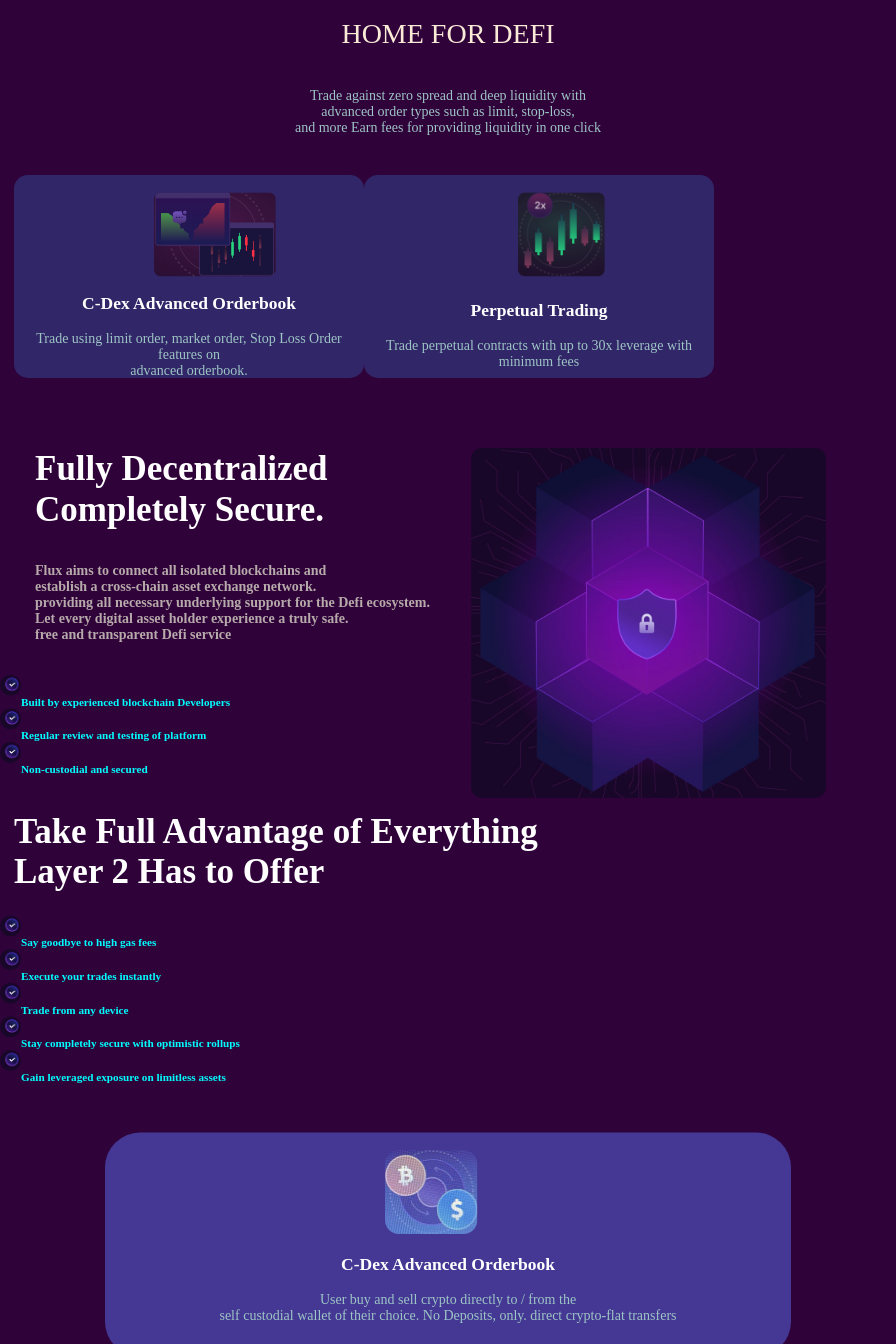
Repository: Tobby004/Flux-figma
Page: index.html
An editor plug-in stored every save of this project. The page is shown before and after the next save, followed by the edit.
The browser window is 1280 px wide. The pictures show the part of the page from y = 687 to 2607 px (the page is 2894 px tall before and 2804 px after), at 70% of full size.

Above is the page before, as saved 2023-04-26 01:52:17.

### index.html
<!DOCTYPE html>
<html lang="en">
<head>
    <meta charset="UTF-8">
    <meta http-equiv="X-UA-Compatible" content="IE=edge">
    <meta name="viewport" content="width=device-width, initial-scale=1.0">
    <title>Flux Template</title>
    <link rel="stylesheet" href="style.css">
</head>
<body>
    <header>
        <b>FLU<a>X</a></b>
    </header>
   <nav>
    <ul>
        <li><a href="#">Home</a></li>
        <li><a href="#">Dashboard</a></li>
        <li><a href="#">Referrals</a></li>
        <li><a href="#">About Us</a></li>
        <button>Connect Wallet</button>
    </ul>
   </nav>
    <br><br>
    <h4>UNIFIED PRODUCT, SIMPLIFIED TRADING</h4>
    <h2> A Fully Decentralized Perpertual <br>Exchange </h2>
    <p>An Extended Decentralized Exchange With First Ever <br>C-Dex Protocol</p>
    <div class="button">
        <input type="button" value="Start Trading">
        <input type="button" value="Add Liquidity">
    </div>
<br>
<br><br><br>
<div class="section1">
    <h4>HOME FOR DEFI</h4>
    <p>Trade against zero spread and deep liquidity with<br> advanced order types such as limit, stop-loss,<br> and more Earn fees for providing liquidity in one click</p>
</div>
<br><br>
<div class="box">
    <div class="box1">
       <img src="img1.jpg">
  <h3>C-Dex Advanced Orderbook</h3>
  <p>Trade using limit order, market order, Stop Loss Order features on <br>advanced orderbook.</p>
    </div>
    <div class="box2">
        <img src="img2.jpg">
        <h3>Perpetual Trading</h3>
        <p>Trade perpetual contracts with up to 30x leverage with minimum fees</p>
    </div>
</div>
<main>
    <img src="IMG3.jpg">
    <h1>Fully Decentralized <br>Completely Secure.</h1>
    <h6>Flux aims to connect all isolated blockchains and <br>establish a cross-chain asset exchange network.<br>providing all necessary underlying support for the Defi ecosystem.<br> Let every digital asset holder experience a truly safe.<br>free and transparent Defi service</h6>
</main>
    <div class="valid">
       <img src="img4.jpg"><b>Built by experienced blockchain Developers</b>
       <img src="img4.jpg"><b>Regular review and testing of platform</b>
       <img src="img4.jpg"><b>Non-custodial and secured</b>
    </div>
    <h1>Take Full Advantage of Everything <br>Layer 2 Has to Offer</h1>
    <div class="valid">
        <img src="img4.jpg"><b>Say goodbye to high gas fees</b>
        <img src="img4.jpg"><b>Execute your trades instantly</b>
        <img src="img4.jpg"><b>Trade from any device</b>
        <img src="img4.jpg"><b>Stay completely secure with optimistic rollups</b>
        <img src="img4.jpg"><b>Gain leveraged exposure on limitless assets</b>
    </div>
   <div class="boxing">
    <div class="box3">
        <img src="img5.jpg">
        <h3>C-Dex Advanced Orderbook</h3>
        <p>User buy and sell crypto directly to / from the <br>self custodial wallet of their choice. No Deposits, only. direct crypto-flat transfers</p>
    </div>
   </div>
   <footer>
    <h1>FLU<b>X</b></h1>
    <navmenu>
        <ul>
        <li><a href="#">Getting started</a></li>
        <li><a href="#">Support</a></li>
        <li><a href="#">FAQ</a></li>
        <li><a href="#">Terms Of Service</a></li>
        </ul>
    </navmenu>
    <icon>
    <ion-icon name="logo-twitter"></ion-icon>
    <ion-icon name="logo-facebook"></ion-icon>
    <ion-icon name="logo-instagram"></ion-icon>
    </icon>
    <p>Copyright 2023 Flux.All Rights Reserved.</p>
   </footer>
</body>
<script type="module" src="https://unpkg.com/ionicons@7.1.0/dist/ionicons/ionicons.esm.js"></script>
</html>

### style.css
*{
    box-sizing: border-box;
}
body {
    margin: 0;
    padding: 0;
    background-color: #30023a;
}
nav {
    background-color: #5c0c6e;
    height: 60px;
}
nav ul {
    margin: auto;
    text-align: end;
    padding: 10px;
}
nav li {
display: inline-block;
}
header b {
    font-family: Verdana, Geneva, Tahoma, sans-serif;
    color: deepskyblue;
    position: absolute;
    margin-left: 20px;
    font-size: 40px;
}
header b a{
    color: red;
}
nav a {
    text-decoration: none;
    padding: 10px;
    color: white;
    font-size: 20px;
    margin-right: 20px;
}
li a:hover{
    color: yellow;
    transition: all 4s;
    padding: 5px;
}
button{
    padding: 13px;
    background: #b22fd0;
    border-radius: 7px;
    color: white;
}
h4 {
    margin-top: 100px;
    text-align: center;
    color: rgb(185, 156, 197);
}
h2 {
    text-align: center;
    font-size: 50px;
    color: white;
}
p {
    text-align: center;
    color: rgb(248, 225, 225);
}
.button {
    display: flex;
    padding: 10px;
    gap: 10px;
    justify-content: center;
}
input[type="button"]{
    padding: 20px;
    width: 150px;
    border-radius: 9px;
    border: none;
    color: white;
    background-color: rgb(136, 67, 155);
}
div h4 {
    color: antiquewhite;
    font-size: 40px;
    font-weight: lighter;

}
div p {
    color: rgb(158, 197, 197);
    font-size: 20px;
    font-weight: lighter;
}
.box {
    display: flex;
    margin-inline-start: 20px;
    margin-inline: 20px;
}
.box1{
    height: 290px;
    width: 500px;
    background-color: rgb(49, 38, 104);
    border-radius: 20px;
}
.box1 h3 {
    text-align: center;
    color: white;
    font-size: 25px;
    margin-top: 20px;
}
.box1 p {
    text-align: center;
}
.box1 img{
    margin-top: 25px;
    height: 120px;
    border-radius: 10px;
    margin-left: 200px;
}
.box2 {
    height: 290px;
    width: 500px;
    background-color: rgb(49, 38, 104);
    border-radius: 20px;
}
.box2 h3{
    text-align: center;
    font-size: 25px;
    color: white;
    margin-top: 30px;
}
.box2 p {
    text-align: center;
}
.box2 img {
    margin-top: 25px;
    height: 120px;
    border-radius: 10px;
    margin-left: 220px;
}
main h1 {
    margin-left: 50px;
    color: white;
    font-size: 50px;
    margin-top: 100px;
}
main img{
    height: 500px;
    margin-right: 100px;
    border-radius: 15px;
    border: none;
    float: right;
}
main h6 {
    color: rgb(182, 170, 170);
    font-size: 20px;
    margin-left: 50px;
}
.main h1 {
    margin-top: 200px;
    color: white;
    font-size: 50px;
    margin-left: 50px;
}
.valid img {
    display: block;
    height: 30px;
    border-radius: 40px;
}
.valid b {
    color: aqua;
    position: relative;
    margin-left: 30px;
}
h1 {
    color: white;
    font-size: 50px;
    margin-top: 50px;
    margin-left: 20px;
}
.boxing{
    margin-top: 70px;
}
.box3 {
    margin-bottom: 300px;
    margin: auto;
    height: 320px;
    width: 980px;
    border-radius: 50px;
    border: none;
    background: rgb(68, 56, 148);
}
.box3 img {
  margin-top: 25px;
  height: 120px;
  margin-left: 400px;
  border-radius: 20px;
}
.box3 h3{
    text-align: center;
    color: white;
    font-size: 25px
}
footer h1 {
    text-align: center;
}
footer b {
    color: #b22fd0;
    font-family: 'Segoe UI', Tahoma, Geneva, Verdana, sans-serif;
}
navmenu ul {
    margin: auto;
    text-align: center;
    padding: 10px;
}
navmenu li {
    display: inline-block;
}
navmenu a {
    text-decoration: none;
    padding: 10px;
    color: rgb(221, 194, 194);
}
footer p {
    color: rgb(221, 194, 194);
}
icon {
    display: flex;
    gap: 8px;
    justify-content: center;
    color: rgb(74, 128, 128);
    font-size: 30px;
}
@media screen and (max-width:500px)
{
 h4 {
    font-size: 36px;
 }
 h2 {
    font-size: 36px;
 }
 .box{
    height: 150%;
    width: 100%;
    margin: auto;
 }
 .box1 {
    height: 100%;
    width: 80%;
 }
 .box1 img {
    height: 50px;
 }
 box1 p {
    font-size: 5px;
 }
 .box1 h3 {
    font-size: 5px;
 }
 .box2 {
    height: 100%;
    width: 80%;
 }
 .box2 p {
    font-size: 5px;
 }
 .box2 img {
    height: 50px;
 }
 .box2 h3 {
    font-size: 5px;
    margin-top: 5px;
 }
}

After the next save:
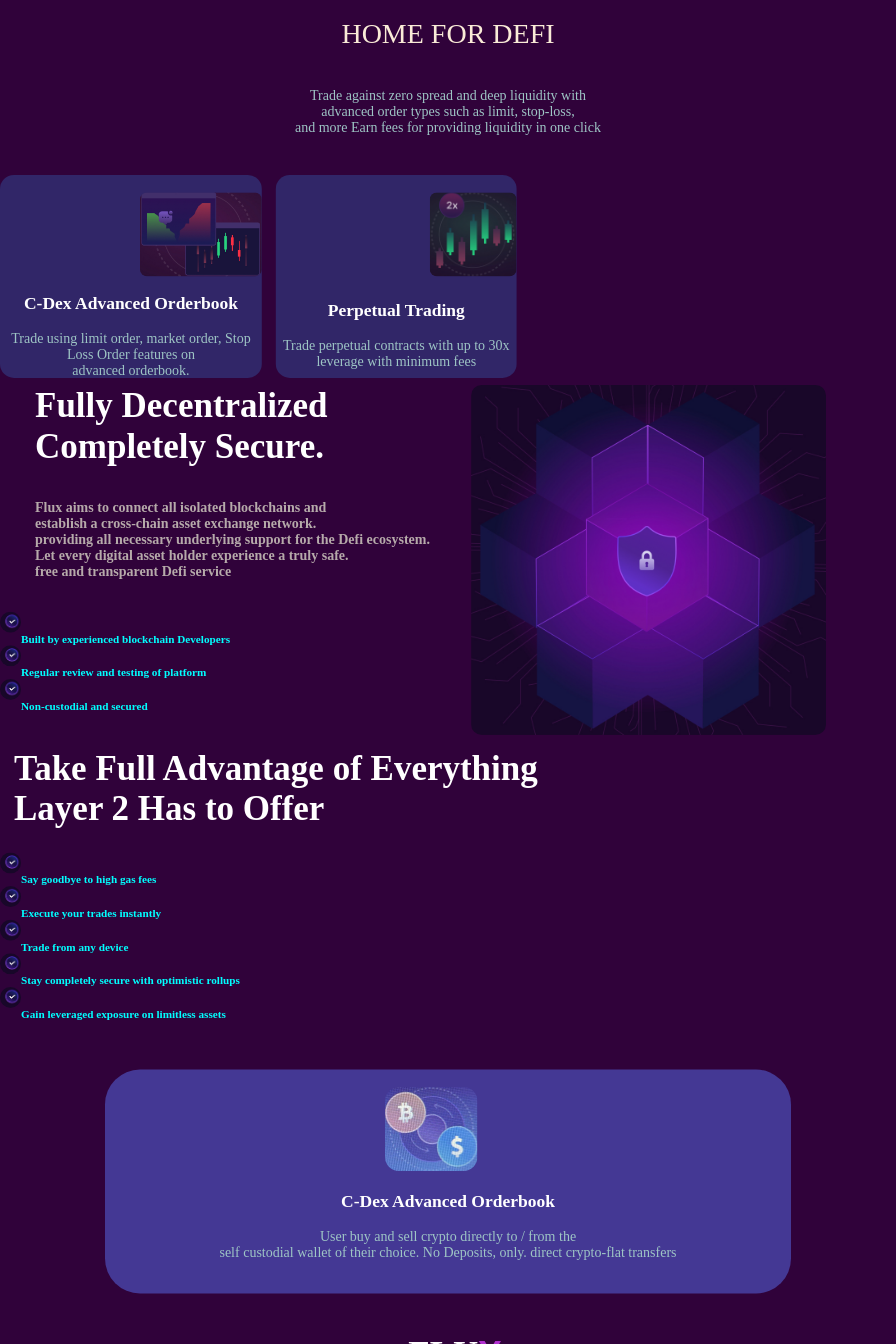
Saved 2 min 44 s later.
--- a/style.css
+++ b/style.css
@@ -87,8 +87,11 @@ div p {
 }
 .box {
     display: flex;
-    margin-inline-start: 20px;
-    margin-inline: 20px;
+    gap: 20px;
+    width: 300px;
+    height: 200px;
+    justify-content: space-between;
+
 }
 .box1{
     height: 290px;
